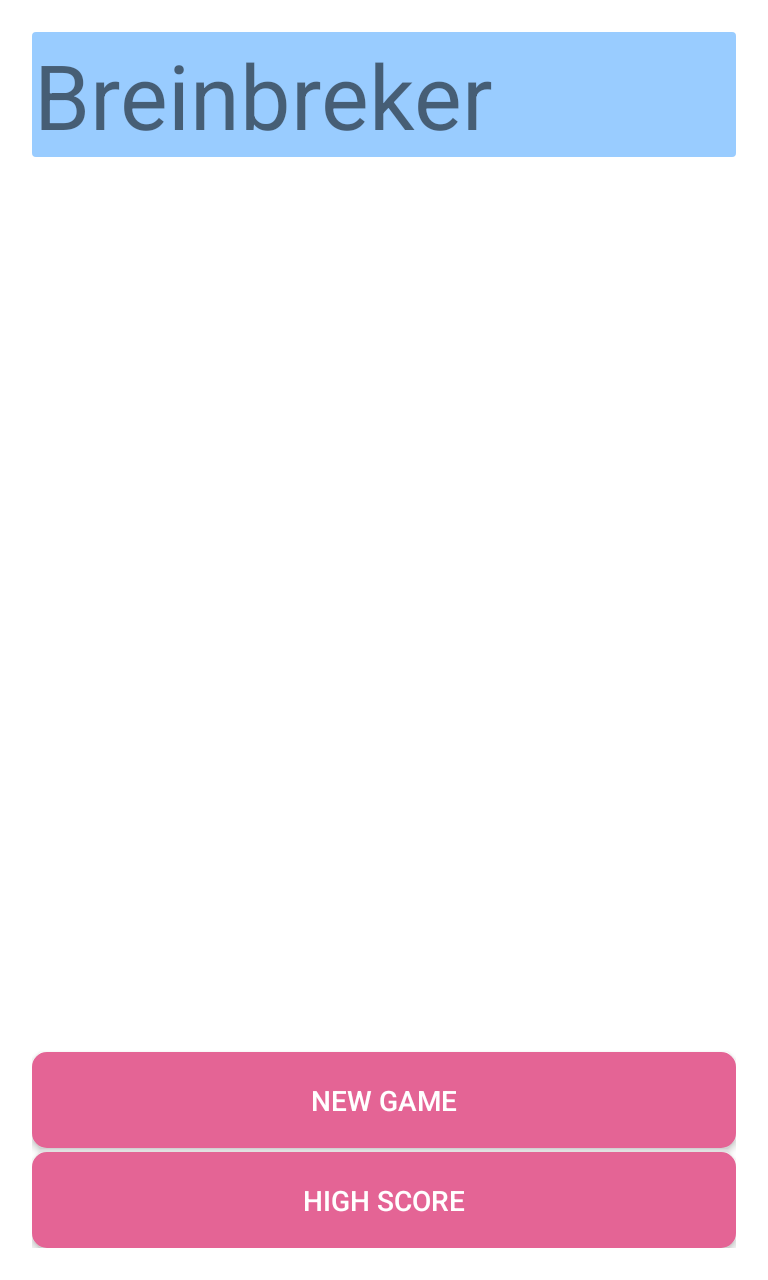
Repository: jelleswester/Breinbreker
Layout: Breinbreker/res/layout/activity_start_screen.xml
An editor plug-in stored every save of this project. The layout is shown before and after the next save, followed by the edit.
It is drawn on a 768 x 1280 px phone screen (xhdpi) without system bars, with theme AppTheme; the app's code is not run.

Above is the layout before, as saved 2015-01-28 16:04:42.

### Breinbreker/res/layout/activity_start_screen.xml
<RelativeLayout xmlns:android="http://schemas.android.com/apk/res/android"
    xmlns:tools="http://schemas.android.com/tools"
    android:id="@+id/relativeLayout1"
    android:layout_width="match_parent"
    android:layout_height="match_parent"
    android:paddingBottom="@dimen/activity_vertical_margin"
    android:paddingLeft="@dimen/activity_horizontal_margin"
    android:paddingRight="@dimen/activity_horizontal_margin"
    android:paddingTop="@dimen/activity_vertical_margin"
    android:background="@color/white"
    tools:context="nl.mprog.jelleswester.breinbreker.StartScreenActivity" >

    <TextView
        android:id="@+id/textView1"
        android:layout_width="fill_parent"
        android:layout_height="wrap_content"
        android:layout_alignParentTop="true"
        android:layout_centerHorizontal="true"
        android:text="@string/brein_breker"
        android:textSize="45sp"
        android:background="@drawable/title_box_shape" />

    <Button
        android:id="@+id/highScoreButton"
        android:layout_width="fill_parent"
        android:layout_height="wrap_content"
        android:layout_alignParentBottom="true"
        android:layout_centerHorizontal="true"
        android:onClick="highScoreButton"
        android:background="@drawable/button_shape"
        android:textColor="@color/white"
        android:text="@string/high_score"
        android:layout_marginTop="1dp" />

    <Button
        android:id="@+id/newGameButton"
        android:layout_width="fill_parent"
        android:layout_height="wrap_content"
        android:layout_above="@+id/highScoreButton"
        android:layout_alignLeft="@+id/highScoreButton"
        android:onClick="newGameButton"
        android:background="@drawable/button_shape"
        android:textColor="@color/white"
        android:text="@string/new_game"
        android:layout_marginBottom="1dp"
        android:layout_marginTop="2dp" />

</RelativeLayout>

### Breinbreker/res/values/color.xml
<?xml version="1.0" encoding="utf-8"?>
<resources>
    <item name="white" type="color">#FFFFFF</item>
</resources>

### Breinbreker/res/values/strings.xml
<?xml version="1.0" encoding="utf-8"?>
<resources>

    <string name="app_name">Breinbreker</string>
    <string name="hello_world">Hello world!</string>
    <string name="action_settings">Settings</string>
    <string name="title_activity_game_play">GamePlay</string>
    <string name="title_activity_high_score">HighScore</string>
    <string name="title_activity_you_won">YouWon</string>
    <string name="brein_breker">Breinbreker</string>
    <string name="start_game">START</string>
    <string name="high_score">High Score</string>
    <string name="back">Back</string>
    <string name="confirm">Confirm</string>
    <string name="you_won">You Won</string>
    <string name="congratulations">Congratulations!</string>
    <string name="high_score_entry">Please enter your name for your high score:</string>
    <string name="example_name">Bob</string>
    <string name="example_high_score">1.    Bob               03:59:15</string>
    <string name="characters">AAAA</string>
    <string name="symbol">+</string>
    <string name="symbol_equal">=</string>
    <string name="text">1234</string>
    <string name="continue_game">Continue Game</string>
    <string name="new_game">New Game</string>
    <string name="hint">Hint</string>


</resources>

### Breinbreker/res/drawable-hdpi/title_box_shape.xml
<?xml version="1.0" encoding="UTF-8"?>
<shape
    xmlns:android="http://schemas.android.com/apk/res/android">
    <stroke
        android:width="2dp"
        android:color="#99CCFF"/>
    <corners
        android:radius="1dp" />

    <padding
        android:left="1dp"
        android:right="1dp"
        android:top="1dp"
        android:bottom="1dp"/>

    <solid android:color="#99CCFF"/>

</shape>

### Breinbreker/res/drawable-hdpi/button_shape.xml
<?xml version="1.0" encoding="UTF-8"?>
<shape
    xmlns:android="http://schemas.android.com/apk/res/android">
    <stroke
        android:width="1dp"
        android:color="#E46495"/>
    <corners
        android:radius="7dp" />

    <padding
        android:left="1dp"
        android:right="1dp"
        android:top="1dp"
        android:bottom="1dp"/>

    <solid android:color="#E46495"/>

</shape>

Loaded but not shown: Breinbreker/res/values/styles.xml (common file); Breinbreker/res/values-v11/styles.xml (common file); Breinbreker/res/values-v14/styles.xml (common file); Breinbreker/res/values/dimens.xml (common file); Breinbreker/res/values-w820dp/dimens.xml (common file)

After the next save:
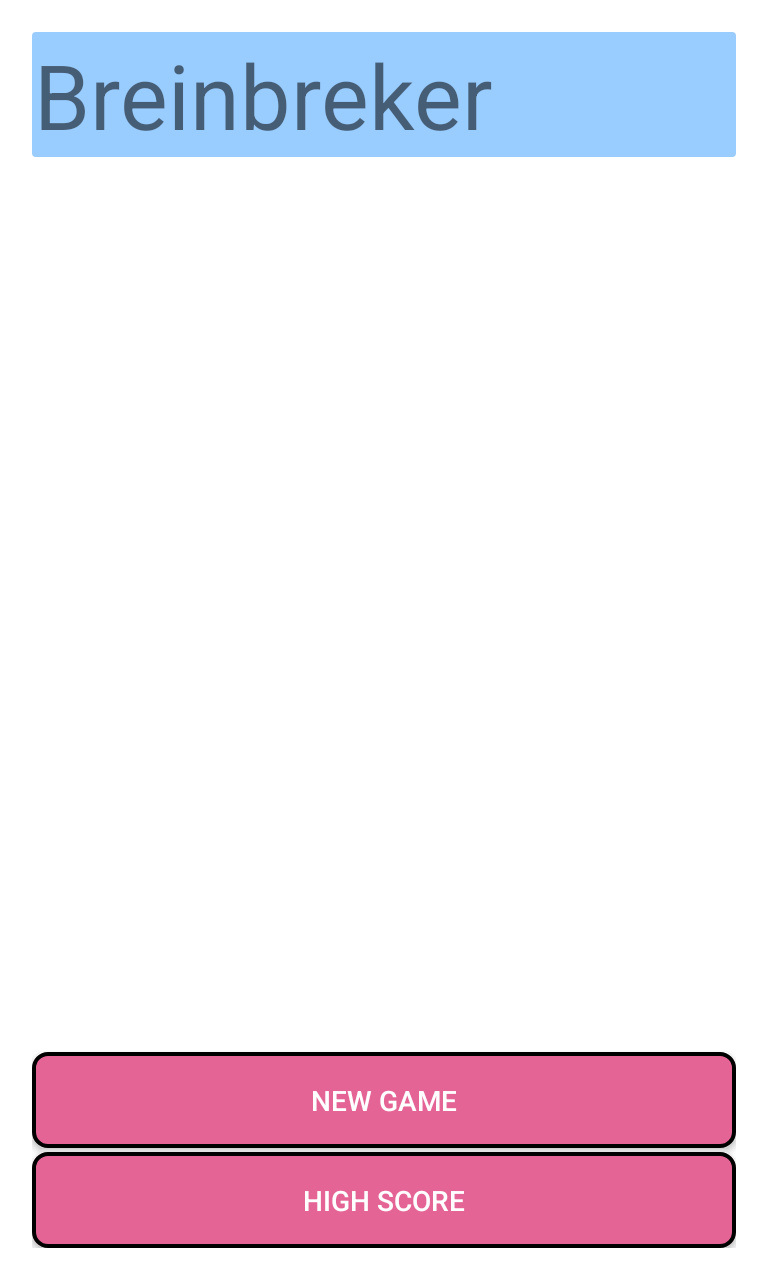
Saved 111 s later.
--- a/Breinbreker/res/drawable-hdpi/button_shape.xml
+++ b/Breinbreker/res/drawable-hdpi/button_shape.xml
@@ -2,8 +2,8 @@
 <shape
     xmlns:android="http://schemas.android.com/apk/res/android">
     <stroke
-        android:width="1dp"
-        android:color="#E46495"/>
+        android:width="2dp"
+        android:color="#000000"/>
     <corners
         android:radius="7dp" />
 
